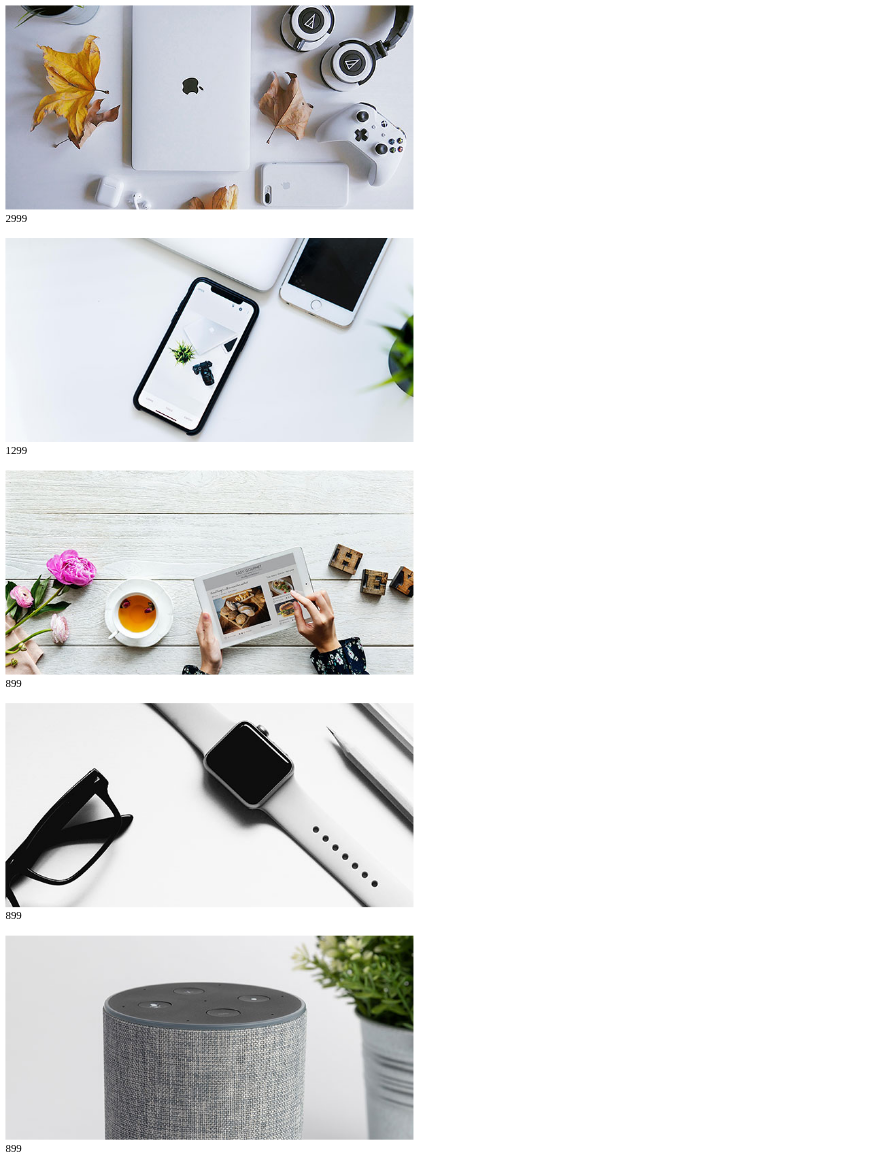
Repository: tomvieir/techno
Page: index.html
An editor plug-in stored every save of this project. The page is shown before and after the next save, followed by the edit.
The browser window is 1280 px wide. The pictures show the whole page, at 68% of full size.

Above is the page before, as saved 2022-06-23 15:19:52.

### index.html
<!DOCTYPE html>
<html lang="en">
<head>
  <meta charset="UTF-8">
  <meta name="viewport" content="width=device-width, initial-scale=1.0">
  <meta http-equiv="X-UA-Compatible" content="ie=edge">
  <script src="./vue.min.js"></script>
  <link rel="stylesheet" href="./style.css">
  <title>Techno</title>
</head>
<body>
  <div id="app">

    <section class="produtos">
      <div class="produto" v-for="produto in produtos" :key="produto.id">
        <img :src="produto.img" :alt="produto.nome">
        <div>
          <span class="produto_preco">{{produto.preco}}</span>
          <h2></h2>

        </div>


      </div>

    </section>

  </div>

  <script src="./app.js"></script>
</body>
</html>

### app.js
const vm = new Vue({
  el: "#app",
  data: {
    produtos: []
  },
  methods: {
    fetchProdutos() {
      fetch("./api/produtos.json")
        .then(r => r.json())
        .then(r => {
          this.produtos = r;
        })


    }
  },
  created() {
    this.fetchProdutos();
  }
})

### api/produtos.json
[
  {
    "id": "notebook",
    "nome": "Notebook",
    "preco": 2999,
    "img": "./api/produtos/notebook/notebook.jpg"
  },
  {
    "id": "smartphone",
    "nome": "Smartphone",
    "preco": 1299,
    "img": "./api/produtos/smartphone/smartphone.jpg"
  },
  {
    "id": "tablet",
    "nome": "Tablet",
    "preco": 899,
    "img": "./api/produtos/tablet/tablet.jpg"
  },
  {
    "id": "smartwatch",
    "nome": "Smartwatch",
    "preco": 899,
    "img": "./api/produtos/smartwatch/smartwatch.jpg"
  },
  {
    "id": "speaker",
    "nome": "Speaker",
    "preco": 899,
    "img": "./api/produtos/speaker/speaker.jpg"
  }
]

Loaded but not shown: vue.min.js (library); style.css (no copy from this time; the picture is the same without it)

After the next save:
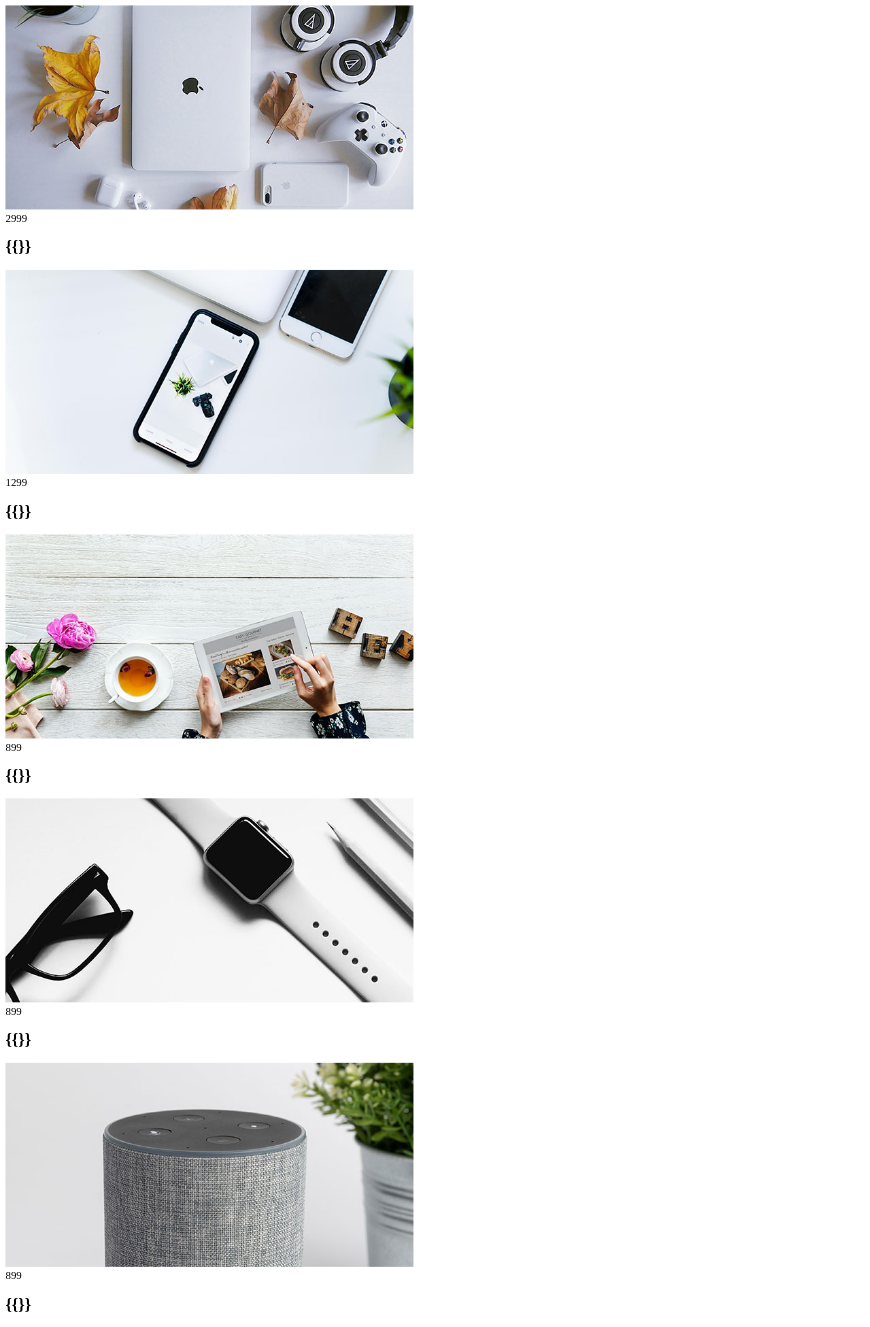
Saved 15 s later.
--- a/index.html
+++ b/index.html
@@ -16,7 +16,7 @@
         <img :src="produto.img" :alt="produto.nome">
         <div>
           <span class="produto_preco">{{produto.preco}}</span>
-          <h2></h2>
+          <h2>{{}}</h2>
 
         </div>
 
